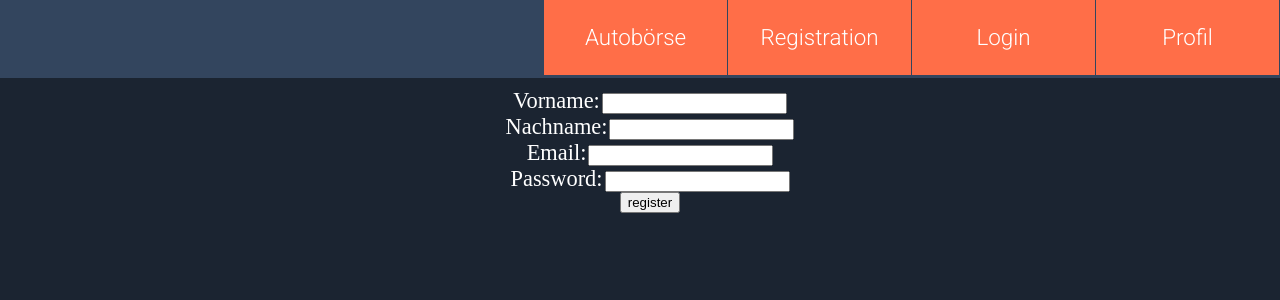
Repository: Turkelten/CarAdminstration
Page: http://localhost/Autobörse/registration.html
An editor plug-in stored every save of this project. The page is shown before and after the next save, followed by the edit.
The browser window is 1280 px wide. The pictures show the whole page.
The page is served by Tomcat 9.

Above is the page before, as saved 2020-07-18 18:31:54.

After the next save:
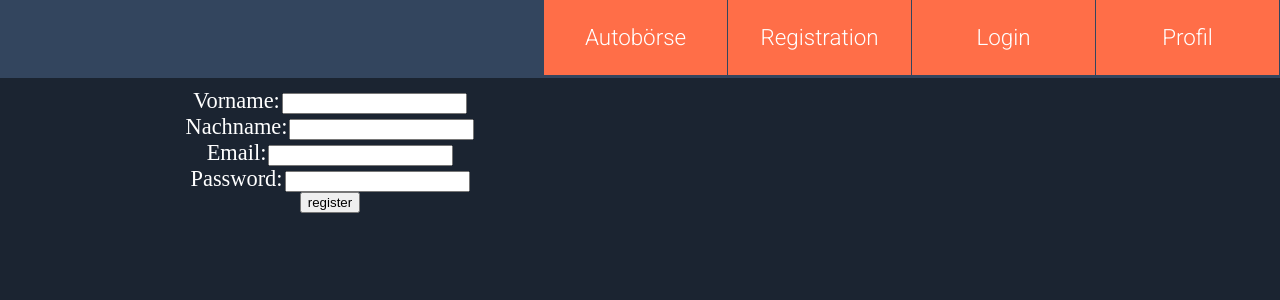
Saved 37 s later.
--- a/Autobörse/WebContent/style.css
+++ b/Autobörse/WebContent/style.css
@@ -217,8 +217,8 @@ header nav#mobile ul li:hover > ul {
 	text-align: center;
 	margin-bottom: auto;
 	padding: 10px;
-	width: 100%;
-    height: 100%;
+	width: 50%;
+    height: 50%;
     top: 10rem;
 }
 
